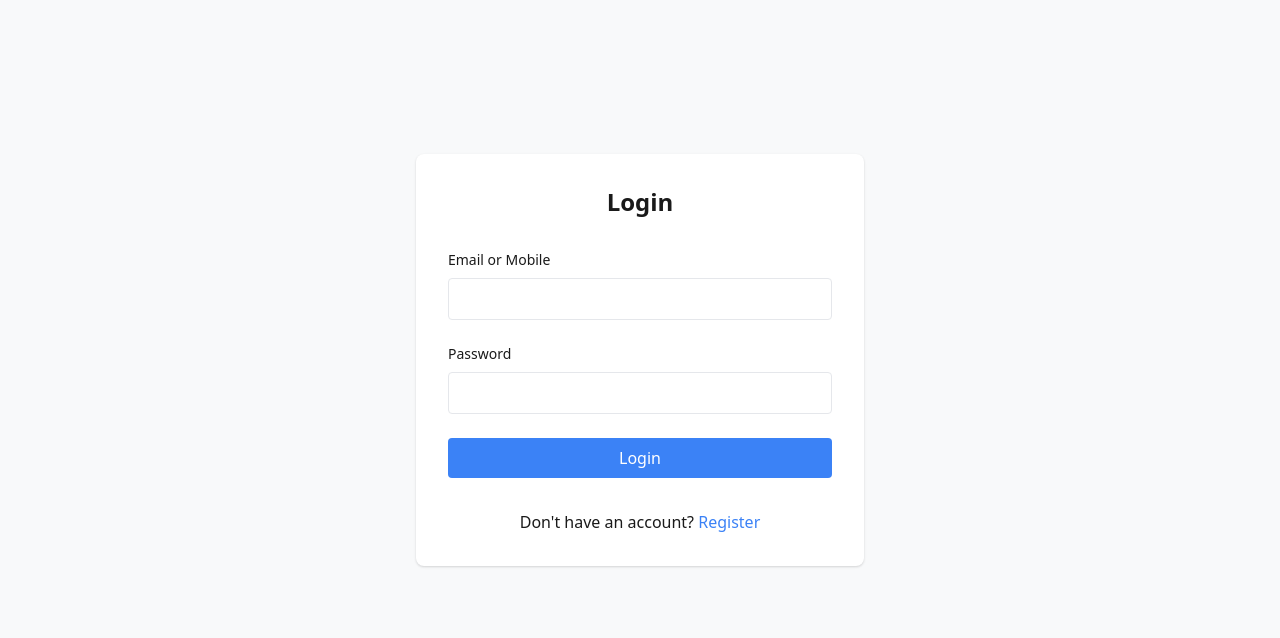
Repository: riyas-git-sys/Zing-frontend
Page: /
The author's editor kept a copy of each file at every save. The page is drawn from the files as they stood at one save, then again after the next save.
The browser window is 1280 px wide. The pictures show the whole page.
The project was rebuilt for these pictures with package versions that can differ from the ones it lists, and the page was loaded fresh each time. Also part of the build but not shown: vite.config.ts, src/components/Layout.tsx, src/services/chatService.ts, src/pages/Home.tsx, src/pages/Register.tsx, src/components/LogoutModal.tsx, src/pages/Profile.tsx, src/components/CreateGroupModal.tsx and 9 more.

Above is the page before, as saved 2025-08-26 14:54:11.

### index.html
<!doctype html>
<html lang="en">
  <head>
    <meta charset="UTF-8" />
    <link rel="icon" type="image/svg+xml" href="/vite.svg" />
    <meta name="viewport" content="width=device-width, initial-scale=1.0" />
    <title>rixchat</title>
  </head>
  <body>
    <div id="root"></div>
    <script type="module" src="/src/main.tsx"></script>
  </body>
</html>

### src/main.tsx
// client/src/main.tsx
import React from 'react';
import ReactDOM from 'react-dom/client';
import App from './App';
import ErrorBoundary from './ErrorBoundary';
import './index.css';

ReactDOM.createRoot(document.getElementById('root')!).render(
  <React.StrictMode>
    <ErrorBoundary fallback={<div>Something went wrong</div>}>
      <App />
    </ErrorBoundary>
  </React.StrictMode>
);

### src/App.tsx
// client/src/App.tsx
import { BrowserRouter as Router, Routes, Route } from 'react-router-dom';
import { AuthProvider } from './context/AuthContext';
import { ThemeProvider } from './context/ThemeContext';
import PrivateRoute from './components/PrivateRoute';
import Layout from './components/Layout';
import Home from './pages/Home';
import Login from './pages/Login';
import Register from './pages/Register';
import Profile from './pages/Profile';
import Groups from './pages/Groups';
import Settings from './pages/Settings';
import { useAuth } from './context/AuthContext';
import { useEffect } from 'react';
import ChatPage from './pages/ChatPage';
import UserInfo from './components/chat/UserInfo';
import GroupInfo from './components/chat/GroupInfo';
import ChatInfo from './components/chat/ChatInfo';
import EditGroup from './components/chat/EditGroup';

// Debug component to track auth state
function AuthDebug() {
  const { user, loading } = useAuth();

  useEffect(() => {
    console.log('Auth state changed:', { user, loading });
  }, [user, loading]);

  return null;
}

function App() {
  return (
    <Router>
      <AuthProvider>
        <ThemeProvider>
          <AuthDebug />
          <Routes>
            <Route path="/login" element={<Login />} />
            <Route path="/register" element={<Register />} />

            {/* Protected routes with Layout */}
            <Route
              path="/"
              element={
                <PrivateRoute>
                  <Layout>
                    <Home />
                  </Layout>
                </PrivateRoute>
              }
            />
            <Route
              path="/chat/:chatId"
              element={
                <PrivateRoute>
                  <Layout>
                    <ChatPage />
                  </Layout>
                </PrivateRoute>
              }
            />
            <Route
              path="/chat/:chatId/user-info"
              element={
                <PrivateRoute>
                  <Layout>
                    <UserInfo />
                  </Layout>
                </PrivateRoute>
              }
            />
            <Route
              path="/chat/:chatId/group-info"
              element={
                <PrivateRoute>
                  <Layout>
                    <GroupInfo />
                  </Layout>
                </PrivateRoute>
              }
            />
            <Route
              path="/edit-group/:chatId"
              element={
                <PrivateRoute>
                  <Layout>
                    <EditGroup />
                  </Layout>
                </PrivateRoute>
              } />
            <Route
              path="/chat/:chatId/chat-info"
              element={
                <PrivateRoute>
                  <Layout>
                    <ChatInfo />
                  </Layout>
                </PrivateRoute>
              }
            />
            <Route
              path="/profile"
              element={
                <PrivateRoute>
                  <Layout>
                    <Profile />
                  </Layout>
                </PrivateRoute>
              }
            />
            <Route
              path="/groups"
              element={
                <PrivateRoute>
                  <Layout>
                    <Groups />
                  </Layout>
                </PrivateRoute>
              }
            />
            <Route
              path="/settings"
              element={
                <PrivateRoute>
                  <Layout>
                    <Settings />
                  </Layout>
                </PrivateRoute>
              }
            />
          </Routes>
        </ThemeProvider>
      </AuthProvider>
    </Router>
  );
}

export default App;

### src/ErrorBoundary.tsx
// client/src/ErrorBoundary.tsx
import { Component, ErrorInfo, ReactNode } from 'react';

interface Props {
  children: ReactNode;
  fallback: ReactNode;
}

interface State {
  hasError: boolean;
}

class ErrorBoundary extends Component<Props, State> {
  public state: State = {
    hasError: false
  };

  public static getDerivedStateFromError(_: Error): State {
    return { hasError: true };
  }

  public componentDidCatch(error: Error, errorInfo: ErrorInfo) {
    console.error("Uncaught error:", error, errorInfo);
  }

  public render() {
    if (this.state.hasError) {
      return this.props.fallback;
    }

    return this.props.children;
  }
}

export default ErrorBoundary;

### src/index.css
/* client/src/index.css */
@tailwind base;
@tailwind components;
@tailwind utilities;

/* Theme variables */
:root {
  --bg-primary: #ffffff;
  --bg-secondary: #f8f9fa;
  --text-primary: #1a1a1a;
  --text-secondary: #6b7280;
  --border-color: #e5e7eb;
}

[data-theme="dark"] {
  --bg-primary: #1a1a1a;
  --bg-secondary: #2d2d2d;
  --text-primary: #ffffff;
  --text-secondary: #dfdfe4;
  --border-color: #3f3f46;
}

[data-theme="palenight"] {
  --bg-primary: #292d3e;
  --bg-secondary: #1c1f2b;
  --text-primary: #ffffff;
  --text-secondary: #a6accd;
  --border-color: #3a3f5b;
}

/* Apply theme colors */
body {
  background-color: var(--bg-primary);
  color: var(--text-primary);
  transition: background-color 0.3s, color 0.3s;
}

.bg-white {
  background-color: var(--bg-primary) !important;
}

.bg-gray-100, .bg-gray-50 {
  background-color: var(--bg-secondary) !important;
}

.text-gray-600, .text-gray-500, .text-gray-400, .text-gray-700 {
  color: var(--text-secondary) !important;
}

.border, .border-b, .border-t, .border-gray-200, .border-gray-300 {
  border-color: var(--border-color) !important;
}

/* Mobile responsive adjustments */
@media (max-width: 767px) {
  .flex.h-full {
    flex-direction: column;
  }

  .h-full {
    height: 100vh;
    height: 92dvh; /* New CSS unit for dynamic viewport height */
  }

  .w-1\/3 {
    width: 100%;
    height: 40%;
  }

  .flex-1 {
    height: 60%;
  }
  .keyboard-open .max-w-full {
    max-width: 90% !important;
  }
}

/* Custom scrollbar */
::-webkit-scrollbar {
  width: 6px;
}

::-webkit-scrollbar-track {
  background: #f1f1f1;
}

::-webkit-scrollbar-thumb {
  background: #c1c1c1;
  border-radius: 3px;
}

::-webkit-scrollbar-thumb:hover {
  background: #a8a8a8;
}

.contacts-list-container {
  width: 100%;
  height: 100%;
}

.contacts-list-container .overflow-y-auto {
  height: calc(100% - 60px); /* Subtract the height of search input */
}

### src/context/ThemeContext.tsx
// client/src/context/ThemeContext.tsx
import { createContext, useContext, useEffect, useState, ReactNode } from 'react';

export type Theme = 'light' | 'dark' | 'palenight';

interface ThemeContextType {
  theme: Theme;
  setTheme: (theme: Theme) => void;
  notifications: boolean;
  setNotifications: (notifications: boolean) => void;
}

const ThemeContext = createContext<ThemeContextType | undefined>(undefined);

interface ThemeProviderProps {
  children: ReactNode;
}

export const ThemeProvider = ({ children }: ThemeProviderProps) => {
  const [theme, setTheme] = useState<Theme>('light');
  const [notifications, setNotifications] = useState(true);

  useEffect(() => {
    // Load saved preferences
    const savedTheme = localStorage.getItem('theme') as Theme;
    const savedNotifications = localStorage.getItem('notifications');

    if (savedTheme) setTheme(savedTheme);
    if (savedNotifications !== null) setNotifications(savedNotifications === 'true');
  }, []);

  useEffect(() => {
    // Save theme preference
    localStorage.setItem('theme', theme);
    document.documentElement.setAttribute('data-theme', theme);
  }, [theme]);

  useEffect(() => {
    // Save notification preference
    localStorage.setItem('notifications', notifications.toString());
  }, [notifications]);

  const value: ThemeContextType = {
    theme,
    setTheme,
    notifications,
    setNotifications
  };

  return (
    <ThemeContext.Provider value={value}>
      {children}
    </ThemeContext.Provider>
  );
};

export function useTheme() {
  const context = useContext(ThemeContext);
  if (context === undefined) {
    throw new Error('useTheme must be used within a ThemeProvider');
  }
  return context;
}

### src/components/PrivateRoute.tsx
// client/src/components/PrivateRoute.tsx
import { ReactNode } from 'react';
import { Navigate } from 'react-router-dom';
import { useAuth } from '../context/AuthContext';

interface PrivateRouteProps {
  children: ReactNode;
}

function PrivateRoute({ children }: PrivateRouteProps) {
  const { user, loading } = useAuth();

  // Show loading state while checking authentication
  if (loading) {
    return (
      <div className="flex items-center justify-center min-h-screen">
        <div className="animate-spin rounded-full h-12 w-12 border-b-2 border-blue-500"></div>
      </div>
    );
  }

  return user ? <>{children}</> : <Navigate to="/login" replace />;
}

export default PrivateRoute;

### src/pages/Login.tsx
// client/src/pages/Login.tsx
import { useState } from 'react';
import { useNavigate } from 'react-router-dom';
import { useAuth } from '../context/AuthContext';

function Login() {
  const [emailOrMobile, setEmailOrMobile] = useState('');
  const [password, setPassword] = useState('');
  const [error, setError] = useState('');
  const { login } = useAuth();
  const navigate = useNavigate();

  const handleSubmit = async (e: React.FormEvent) => {
    e.preventDefault();
    setError('');
    try {
      console.log('Attempting login with:', { emailOrMobile, password });
      await login(emailOrMobile, password);
      navigate('/');
    } catch (err) {
      console.error('Login error:', err);
      setError('Invalid email/mobile or password');
    }
  };

  return (
    <div className="flex items-center justify-center min-h-screen bg-gray-100">
      <div className="w-full max-w-md p-8 space-y-8 bg-white rounded-lg shadow">
        <h2 className="text-2xl font-bold text-center">Login</h2>
        {error && <p className="text-red-500 text-center">{error}</p>}
        <form className="mt-8 space-y-6" onSubmit={handleSubmit}>
          <div className="space-y-2">
            <label htmlFor="emailOrMobile" className="block text-sm font-medium">
              Email or Mobile
            </label>
            <input
              id="emailOrMobile"
              type="text"
              value={emailOrMobile}
              onChange={(e) => setEmailOrMobile(e.target.value)}
              className="w-full px-3 py-2 border rounded"
              required
            />
          </div>
          <div className="space-y-2">
            <label htmlFor="password" className="block text-sm font-medium">
              Password
            </label>
            <input
              id="password"
              type="password"
              value={password}
              onChange={(e) => setPassword(e.target.value)}
              className="w-full px-3 py-2 border rounded"
              required
            />
          </div>
          <button
            type="submit"
            className="w-full px-4 py-2 text-white bg-blue-500 rounded hover:bg-blue-600"
          >
            Login
          </button>
        </form>
        <p className="text-center">
          Don't have an account?{' '}
          <a href="/register" className="text-blue-500 hover:underline">
            Register
          </a>
        </p>
      </div>
    </div>
  );
}

export default Login;

### src/services/api.ts
// client/src/services/api.ts
import axios from 'axios';

// Determine base URL based on environment
const isProduction = import.meta.env.PROD;
const baseURL = isProduction
  ? '/api'
  : 'http://localhost:5000/api';

const api = axios.create({
  baseURL,
  withCredentials: true,
  headers: {
    'Content-Type': 'application/json',
    'X-Requested-With': 'XMLHttpRequest'
  },
  timeout: 10000, // 10 second timeout
});

// Add auth token to requests
api.interceptors.request.use((config) => {
  const token = localStorage.getItem('chatToken');
  if (token) {
    config.headers['Authorization'] = `Bearer ${token}`;
  }
  return config;
});

// Handle errors
api.interceptors.response.use(
  (response) => response,
  (error) => {
    if (error.code === 'ECONNABORTED') {
      return Promise.reject({ message: 'Request timeout' });
    }

    if (!error.response) {
      return Promise.reject({ message: 'Network error. Please check your connection.' });
    }

    if (error.response.status === 401) {
      localStorage.removeItem('chatToken');
      delete api.defaults.headers.common['Authorization'];
      window.location.href = '/login';
    }

    return Promise.reject(error.response.data);
  }
);

// Add proper DELETE method with data support
export const deleteWithData = (url: string, data: any) => {
  return api.delete(url, { data });
};

// For regular DELETE requests without data
export const deleteWithoutData = (url: string) => {
  return api.delete(url);
};

export default api;

Loaded but not shown: tailwind.config.cjs (common file); src/context/AuthContext.tsx (180 lines, source omitted)

After the next save:
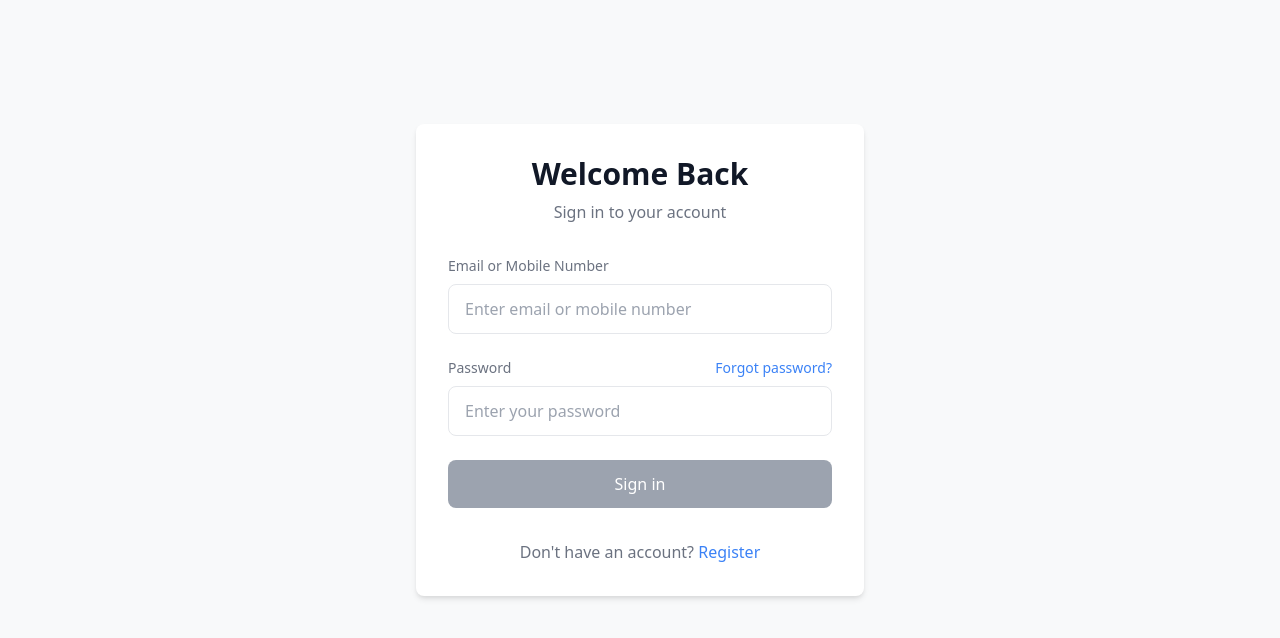
Saved 8 min 38 s later.
--- a/src/pages/Login.tsx
+++ b/src/pages/Login.tsx
@@ -1,73 +1,167 @@
-// client/src/pages/Login.tsx
 import { useState } from 'react';
-import { useNavigate } from 'react-router-dom';
+import { useNavigate, Link } from 'react-router-dom';
 import { useAuth } from '../context/AuthContext';
 
 function Login() {
   const [emailOrMobile, setEmailOrMobile] = useState('');
   const [password, setPassword] = useState('');
   const [error, setError] = useState('');
+  const [isLoading, setIsLoading] = useState(false);
   const { login } = useAuth();
   const navigate = useNavigate();
 
   const handleSubmit = async (e: React.FormEvent) => {
     e.preventDefault();
     setError('');
+    setIsLoading(true);
+
     try {
       console.log('Attempting login with:', { emailOrMobile, password });
       await login(emailOrMobile, password);
       navigate('/');
-    } catch (err) {
+    } catch (err: any) {
       console.error('Login error:', err);
-      setError('Invalid email/mobile or password');
+
+      // Handle different error types
+      if (err.response) {
+        // Server responded with error status
+        const status = err.response.status;
+        const message = err.response.data?.message || 'Login failed';
+
+        if (status === 401) {
+          if (message === 'User Not Found') {
+            setError('No account found with this email or mobile number');
+          } else if (message === 'Invalid Password') {
+            setError('Incorrect password. Please try again.');
+          } else {
+            setError('Invalid email/mobile or password');
+          }
+        } else if (status === 400) {
+          setError('Invalid request. Please check your input.');
+        } else if (status >= 500) {
+          setError('Server error. Please try again later.');
+        } else {
+          setError(message);
+        }
+      } else if (err.request) {
+        // Request was made but no response received
+        setError('Network error. Please check your connection and try again.');
+      } else {
+        // Other errors
+        setError('An unexpected error occurred. Please try again.');
+      }
+    } finally {
+      setIsLoading(false);
     }
   };
 
+  // Validate input format
+  const validateInput = (value: string) => {
+    const emailRegex = /^[^\s@]+@[^\s@]+\.[^\s@]+$/;
+    const mobileRegex = /^[0-9]{10}$/;
+
+    if (!value) return 'Email or mobile number is required';
+    if (!emailRegex.test(value) && !mobileRegex.test(value)) {
+      return 'Please enter a valid email or 10-digit mobile number';
+    }
+    return null;
+  };
+
+  const inputError = validateInput(emailOrMobile);
+
   return (
-    <div className="flex items-center justify-center min-h-screen bg-gray-100">
-      <div className="w-full max-w-md p-8 space-y-8 bg-white rounded-lg shadow">
-        <h2 className="text-2xl font-bold text-center">Login</h2>
-        {error && <p className="text-red-500 text-center">{error}</p>}
+    <div className="flex items-center justify-center min-h-screen bg-gray-100 px-4">
+      <div className="w-full max-w-md p-8 space-y-8 bg-white rounded-lg shadow-md">
+        <div className="text-center">
+          <h2 className="text-3xl font-bold text-gray-900">Welcome Back</h2>
+          <p className="mt-2 text-gray-600">Sign in to your account</p>
+        </div>
+
+        {error && (
+          <div className="p-3 text-red-700 bg-red-100 rounded-lg">
+            <div className="flex items-center">
+              <svg xmlns="http://www.w3.org/2000/svg" className="w-5 h-5 mr-2" viewBox="0 0 20 20" fill="currentColor">
+                <path fillRule="evenodd" d="M18 10a8 8 0 11-16 0 8 8 0 0116 0zm-7 4a1 1 0 11-2 0 1 1 0 012 0zm-1-9a1 1 0 00-1 1v4a1 1 0 102 0V6a1 1 0 00-1-1z" clipRule="evenodd" />
+              </svg>
+              <span>{error}</span>
+            </div>
+          </div>
+        )}
+
         <form className="mt-8 space-y-6" onSubmit={handleSubmit}>
           <div className="space-y-2">
-            <label htmlFor="emailOrMobile" className="block text-sm font-medium">
-              Email or Mobile
+            <label htmlFor="emailOrMobile" className="block text-sm font-medium text-gray-700">
+              Email or Mobile Number
             </label>
             <input
               id="emailOrMobile"
               type="text"
               value={emailOrMobile}
               onChange={(e) => setEmailOrMobile(e.target.value)}
-              className="w-full px-3 py-2 border rounded"
+              className={`w-full px-4 py-3 border rounded-lg focus:ring-2 focus:outline-none ${
+                emailOrMobile && inputError
+                  ? 'border-red-500 focus:ring-red-200'
+                  : 'border-gray-300 focus:ring-blue-200 focus:border-blue-500'
+              }`}
+              placeholder="Enter email or mobile number"
               required
             />
+            {emailOrMobile && inputError && (
+              <p className="text-sm text-red-500">{inputError}</p>
+            )}
           </div>
+
           <div className="space-y-2">
-            <label htmlFor="password" className="block text-sm font-medium">
-              Password
-            </label>
+            <div className="flex items-center justify-between">
+              <label htmlFor="password" className="block text-sm font-medium text-gray-700">
+                Password
+              </label>
+              <a href="/forgot-password" className="text-sm text-blue-500 hover:underline">
+                Forgot password?
+              </a>
+            </div>
             <input
               id="password"
               type="password"
               value={password}
               onChange={(e) => setPassword(e.target.value)}
-              className="w-full px-3 py-2 border rounded"
+              className="w-full px-4 py-3 border border-gray-300 rounded-lg focus:ring-2 focus:ring-blue-200 focus:border-blue-500 focus:outline-none"
+              placeholder="Enter your password"
               required
             />
           </div>
+
           <button
             type="submit"
-            className="w-full px-4 py-2 text-white bg-blue-500 rounded hover:bg-blue-600"
+            disabled={isLoading || !!inputError}
+            className={`w-full px-4 py-3 text-white rounded-lg transition-colors focus:outline-none focus:ring-2 focus:ring-offset-2 ${
+              isLoading || inputError
+                ? 'bg-gray-400 cursor-not-allowed'
+                : 'bg-blue-500 hover:bg-blue-600 focus:ring-blue-500'
+            }`}
           >
-            Login
+            {isLoading ? (
+              <div className="flex items-center justify-center">
+                <svg className="w-5 h-5 mr-2 animate-spin" xmlns="http://www.w3.org/2000/svg" fill="none" viewBox="0 0 24 24">
+                  <circle className="opacity-25" cx="12" cy="12" r="10" stroke="currentColor" strokeWidth="4"></circle>
+                  <path className="opacity-75" fill="currentColor" d="M4 12a8 8 0 018-8V0C5.373 0 0 5.373 0 12h4zm2 5.291A7.962 7.962 0 014 12H0c0 3.042 1.135 5.824 3 7.938l3-2.647z"></path>
+                </svg>
+                Signing in...
+              </div>
+            ) : (
+              'Sign in'
+            )}
           </button>
         </form>
-        <p className="text-center">
-          Don't have an account?{' '}
-          <a href="/register" className="text-blue-500 hover:underline">
-            Register
-          </a>
-        </p>
+
+        <div className="text-center">
+          <p className="text-gray-600">
+            Don't have an account?{' '}
+            <Link to="/register" className="font-medium text-blue-500 hover:underline">
+              Register
+            </Link>
+          </p>
+        </div>
       </div>
     </div>
   );
